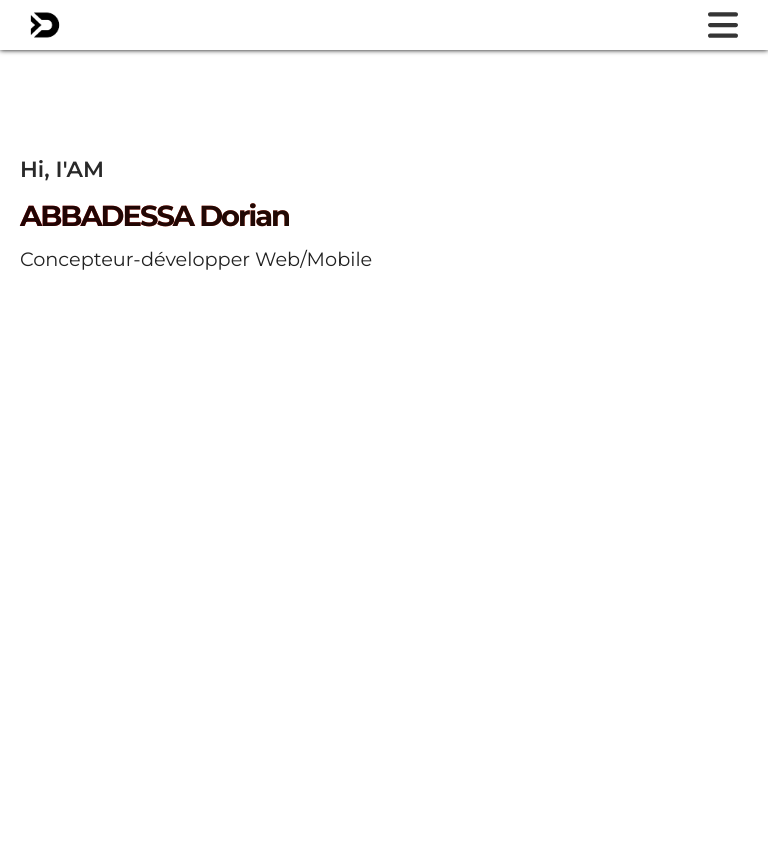
Repository: DorianABDS/Portfolio-ABBADESSA-Dorian
Page: index.html
An editor plug-in stored every save of this project. The page is shown before and after a run of saves, followed by the edit.
The browser window is 768 px wide. The pictures show the whole page.

Above is the page before, as saved 2024-11-26 20:31:41.

After the next 2 saves:
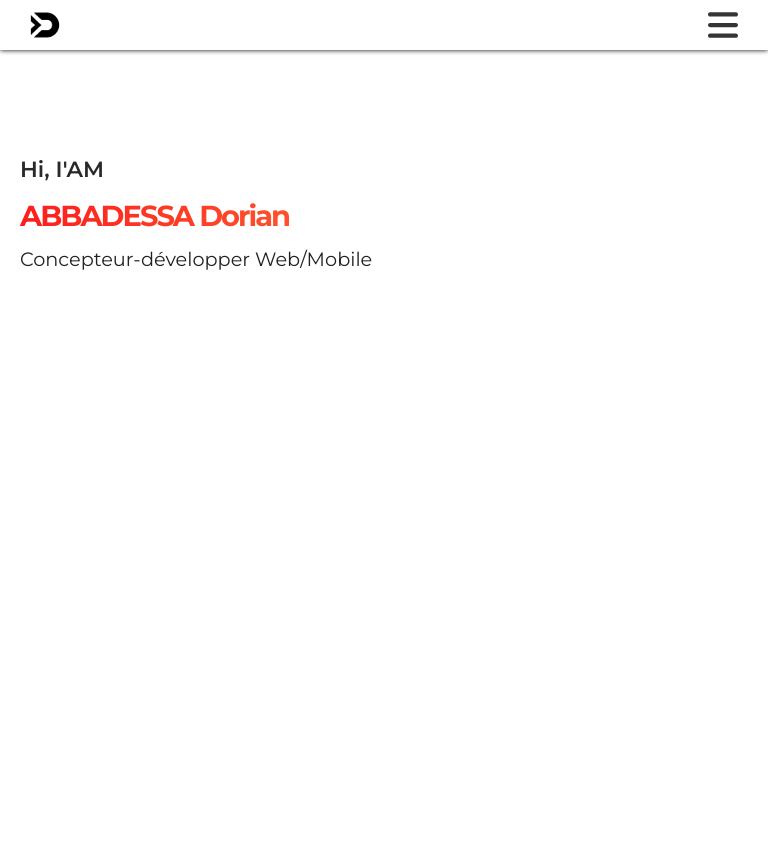
The 2 saves are shown as one change because they came seconds apart.
The last was saved 50 s later.
--- a/style.css
+++ b/style.css
@@ -164,5 +164,7 @@ html, body {
         font-weight: 700;
         background: linear-gradient(90deg, rgba(253,29,29,1) 0%, rgba(252,176,69,1) 100%);
         background-clip: text;
+        -webkit-background-clip: text;
+        -webkit-text-fill-color: transparent;
     }
 }
